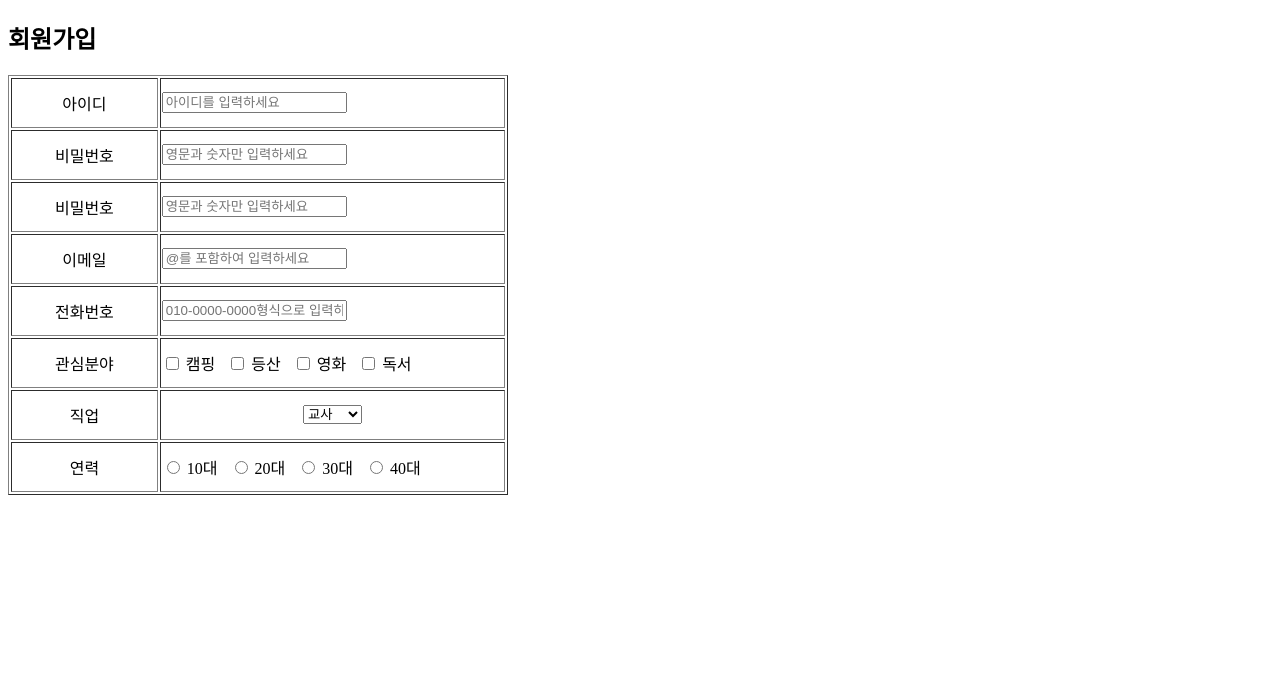
Repository: lhk21go-commits/Jsp2026
Page: http://localhost/chapter01/Request/RequestJoin.jsp
These files come from the project's save history. The page is drawn as it stood at one moment and after the next save; the edit follows.
The browser window is 1280 px wide. The pictures show the whole page.
The page is served by Tomcat 9.

Above is the page before, as saved 2026-10-19 06:48:39.

After the next save:
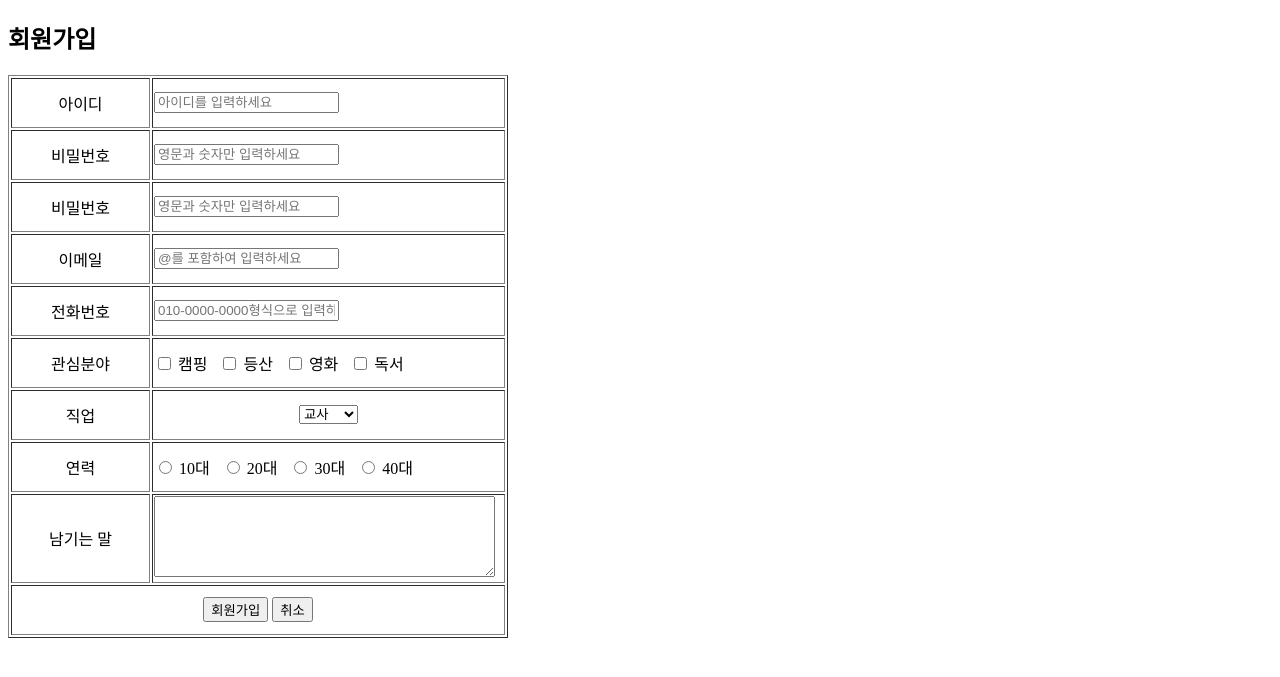
Saved 3 min 7 s later.
--- a/chapter01/src/main/webapp/Request/RequestJoin.jsp
+++ b/chapter01/src/main/webapp/Request/RequestJoin.jsp
@@ -78,6 +78,18 @@
 					<label for="forty">40대</label>&nbsp;&nbsp;
 				</td>
 			</tr>
+			<tr height="50">
+				<td align="center" width="150">남기는 말</td>
+				<td width="350">
+					<textarea rows="5" cols="40" name="info"></textarea>
+				</td>
+			</tr>
+			<tr height="50">
+				<td colspan="2"	align="center">
+					<input type="submit" value="회원가입">
+					<input type="reset" value="취소">
+				</td>
+			</tr>
 
 		</table>
 	</form>
